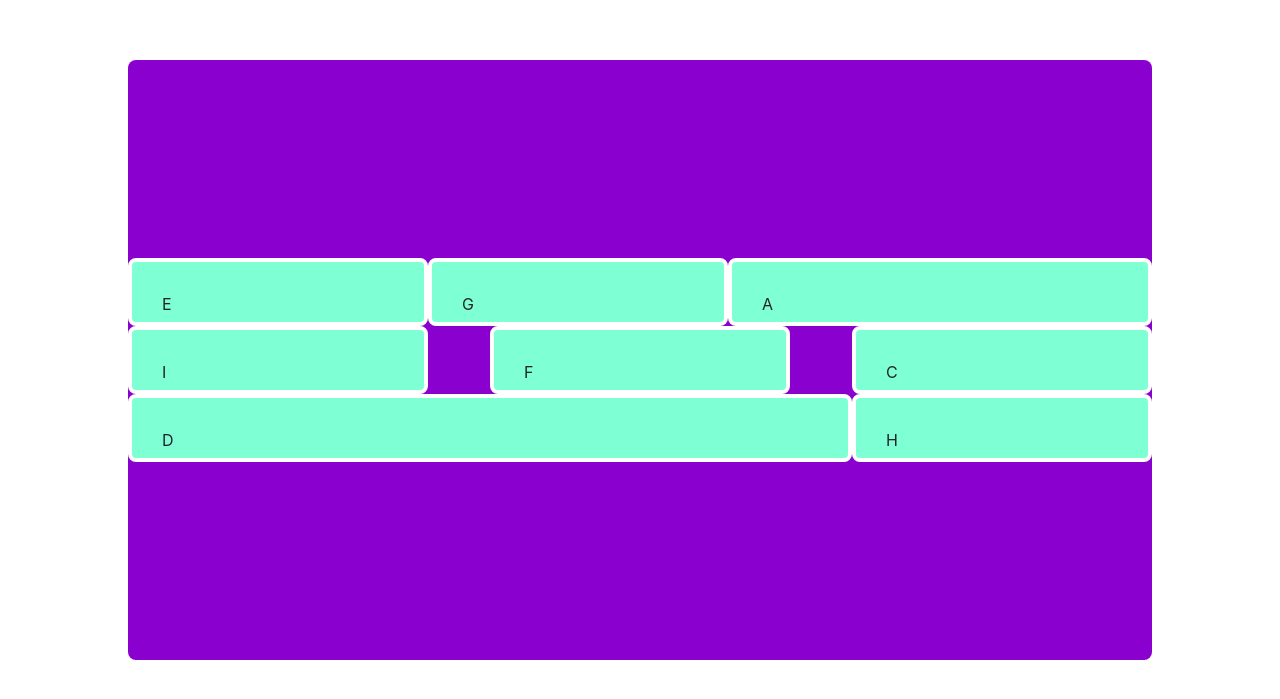
Repository: alessandradiamantino/Curso-Front-End-Design
Page: 1 - Introdução ao HTML e CSS/3 - Layouts, Grids e Flexbox/Bootstrap Grid system/index.html
An editor plug-in stored every save of this project. The page is shown before and after the next save, followed by the edit.
The browser window is 1280 px wide. The pictures show the whole page.

Above is the page before, as saved 2023-04-24 15:05:40.

### 1 - Introdução ao HTML e CSS/3 - Layouts, Grids e Flexbox/Bootstrap Grid system/index.html
<!DOCTYPE html>
<html lang="en">
<head>
  <meta charset="UTF-8">
  <meta http-equiv="X-UA-Compatible" content="IE=edge">
  <meta name="viewport" content="width=device-width, initial-scale=1.0">
  <link rel="stylesheet" href="css/bootstrap.min.css">
  <link rel="stylesheet" href="css/style.css">
  <title>Document</title>
</head>

<body>
 <!--
  <div class="my-box container justify-content-center"> <!-- container responsivo
  <div class="row">
    <div class="col-sm- col-lg-3 div-1">DIV 1</div>
    <div class="col-sm- col-lg-2 div-2">DIV 2</div>
    <div class="col-sm- col-lg-2 div-3">DIV 3</div>
  </div>
   </div>
-->
   <div class="my-container">
    <div class="my-item order-1 grow-2" >
      A
    </div>
    <div class="my-item order-3" >
      C
    </div>
    <div class="my-item order-4 grow-5" >
      D
    </div>
    <div class="my-item shrink-1">
      E
    </div>
    <div class="my-item order-2" >
      F
    </div>
    <div class="my-item shrink-5" >
      G
    </div>
    <div class="my-item order-4" >
      H
    </div><div class="my-item order-1">
      I

   </div>
</body>
</html>

### 1 - Introdução ao HTML e CSS/3 - Layouts, Grids e Flexbox/Bootstrap Grid system/css/style.css
* {
  box-sizing: border-box;
}
body {
  margin: 0;
  padding: 0;
}

.my-box{
  height: 100px;
}

.my-container{
  display: flex;
  width: 80%;
  height: 600px;
  margin: 60px auto;
  background-color: #8a00cf;
  border-radius: 8px;
  /*flex-direction: row;
  flex-wrap: wrap;*/
  flex-flow: row wrap;
  justify-content: space-between;
  align-items: center;
  align-content: center;
}

.my-item {
  height: 50px;
  padding: 30px;
  background-color: aquamarine;
  border-radius: 8px;
  border: 4px solid white;
  flex-basis: 300px;
}

.order-1 {
  order: 1;
}

.order-2 {
  order: 2;
}

.order-3 {
  order: 3;
}

.order-4 {
  order: 4;
}

.grow-1{
  flex-grow: 1;
}

.grow-2{
  flex-grow: 2;
}

.grow-5{
  flex-grow: 5;
}

.shrink-1{
  flex-shrink: 1;
}

.shrink-5{
  flex-shrink: 5;
}
.my-box div {
  background-color: blueviolet;
  height: 80px;
  margin-top: 10px;
}

.my-box .div-1 {
  background-color: aquamarine;
}

.my-box .div-2 {
  background-color: bisque;
}

.my-box .div-3 {
  background-color: cornflowerblue;
}

Loaded but not shown: 1 - Introdução ao HTML e CSS/3 - Layouts, Grids e Flexbox/Bootstrap Grid system/css/bootstrap.min.css (library)

After the next save:
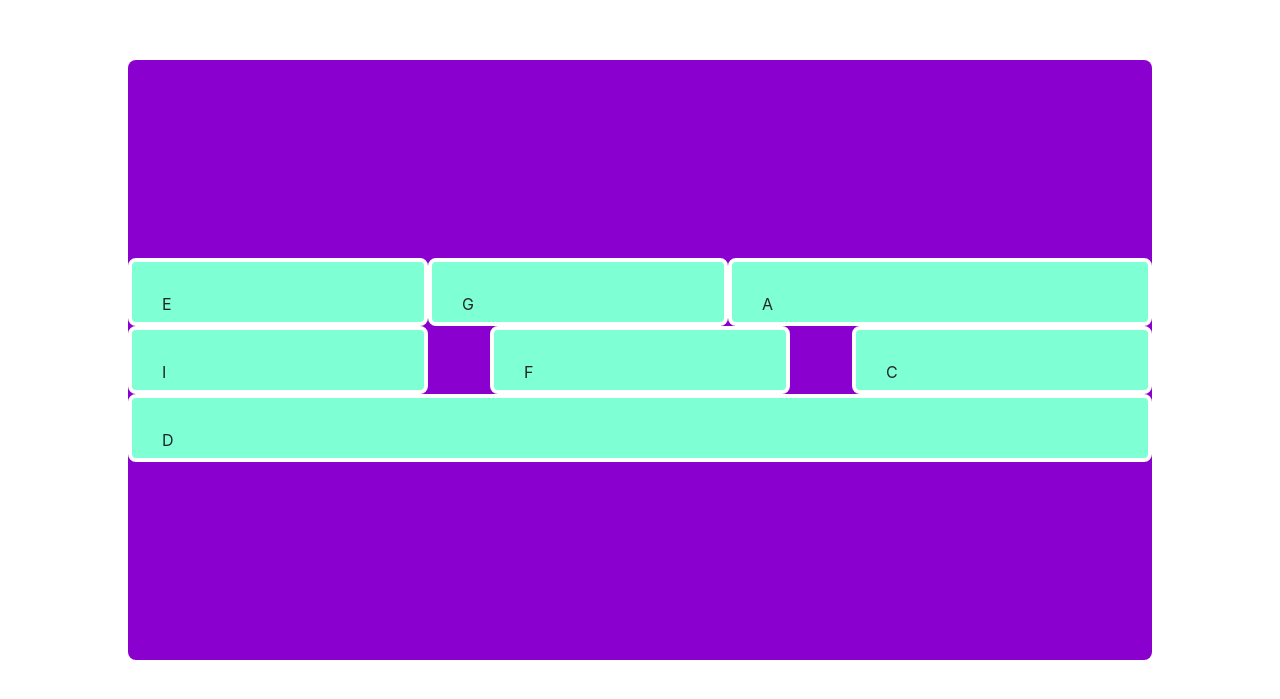
Saved 11 s later.
--- a/1 - Introdução ao HTML e CSS/3 - Layouts, Grids e Flexbox/Bootstrap Grid system/index.html
+++ b/1 - Introdução ao HTML e CSS/3 - Layouts, Grids e Flexbox/Bootstrap Grid system/index.html
@@ -38,9 +38,7 @@
     <div class="my-item shrink-5" >
       G
     </div>
-    <div class="my-item order-4" >
-      H
-    </div><div class="my-item order-1">
+    <div class="my-item order-1">
       I
 
    </div>
